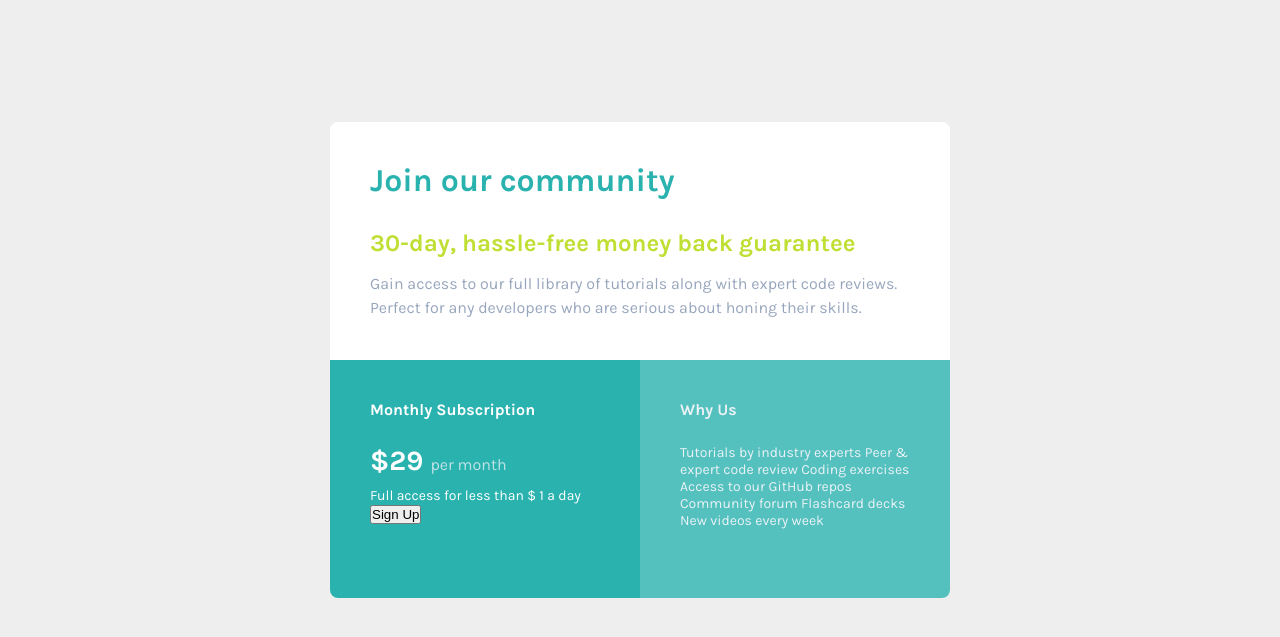
Repository: Akashiii1/WebSingleGrid_Day3
Page: index.html
These files come from the project's save history. The page is drawn as it stood at one moment and after the next save; the edit follows.
The browser window is 1280 px wide. The pictures show the whole page.

Above is the page before, as saved 2021-12-22 01:58:02.

After the next save:
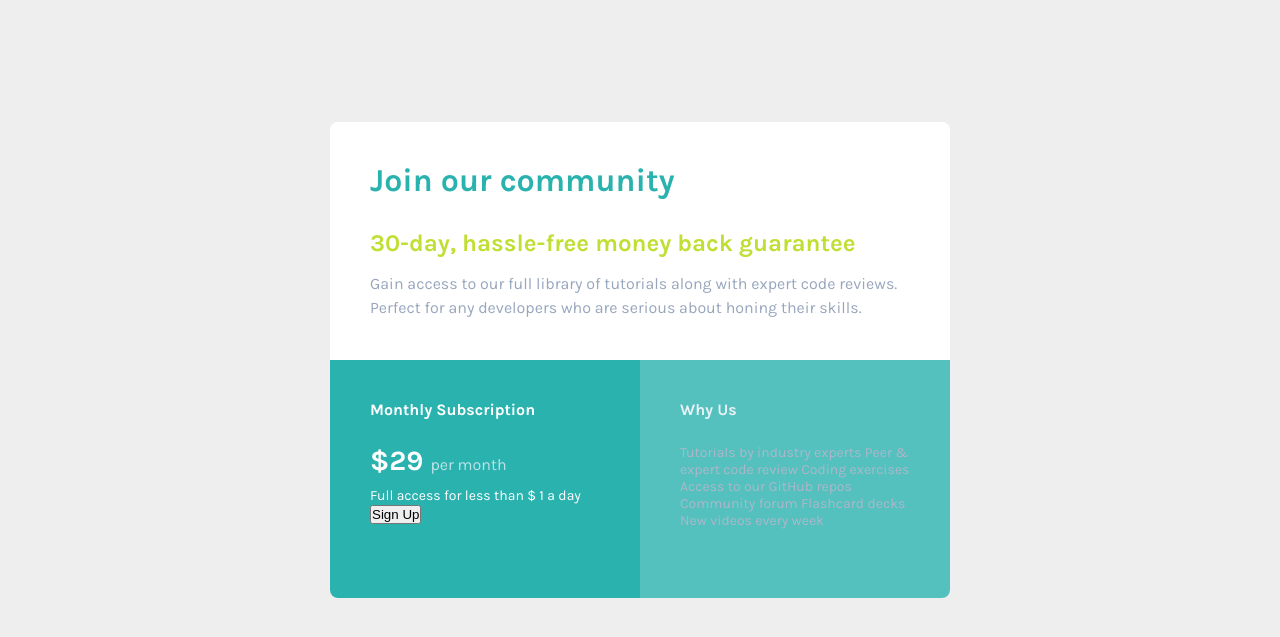
Saved 14 s later.
--- a/style.css
+++ b/style.css
@@ -118,4 +118,5 @@
 }
 .item3 p{
   font-size: 14px;
+  color: var(--GrayishBlue);
 }

After the save that followed:
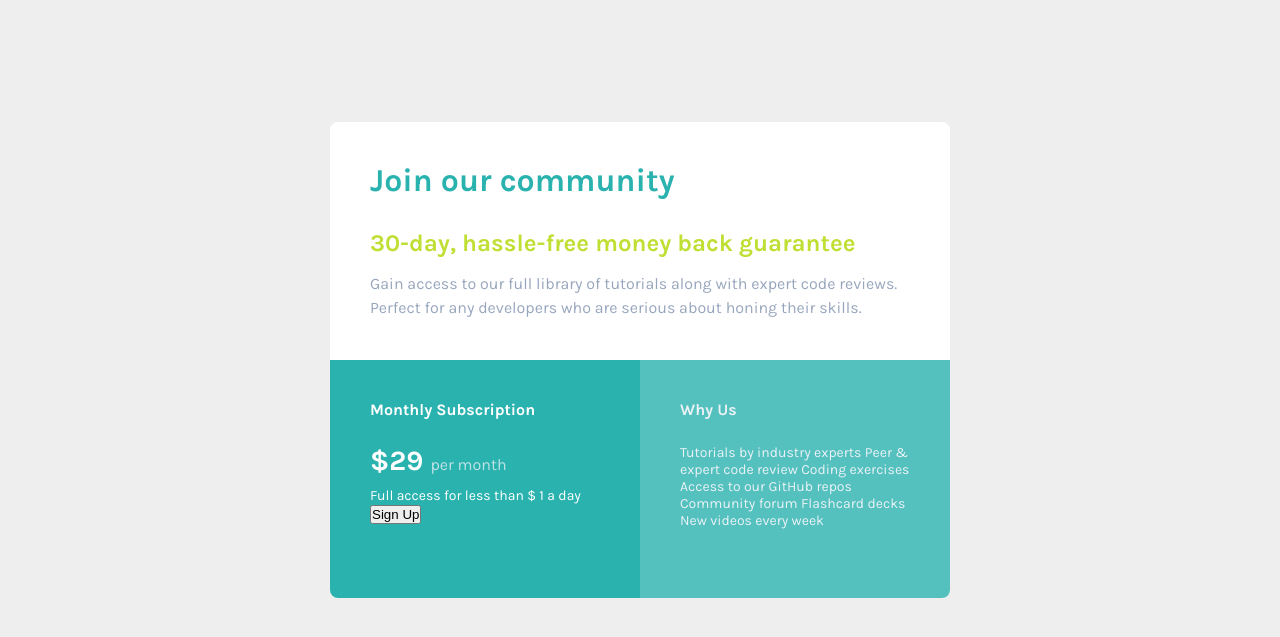
Saved 4 s later.
--- a/style.css
+++ b/style.css
@@ -118,5 +118,5 @@
 }
 .item3 p{
   font-size: 14px;
-  color: var(--GrayishBlue);
+  color: var(--LightGray);
 }
